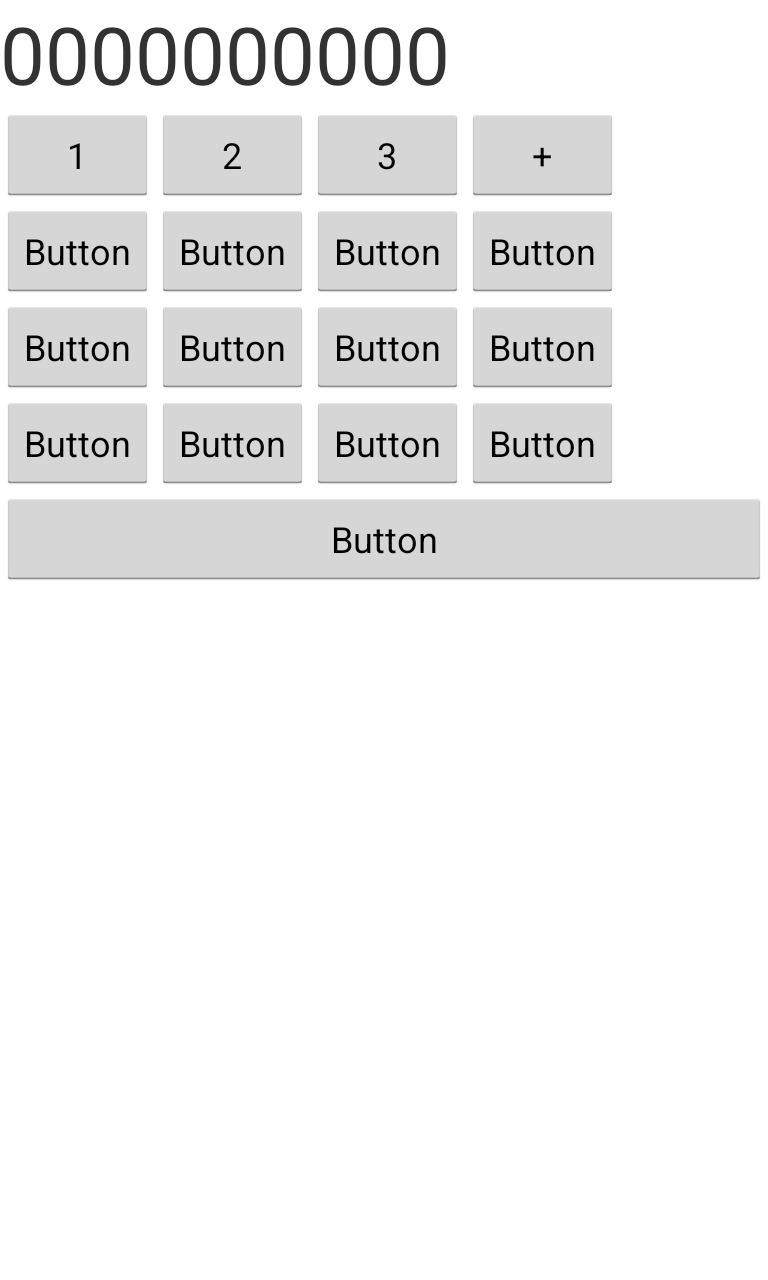
Repository: sfranco/Android
Layout: Calculadora/res/layout/activity_main.xml
An editor plug-in stored every save of this project. The layout is shown before and after a run of saves, followed by the edit.
It is drawn on a 768 x 1280 px phone screen (xhdpi) without system bars, with theme AppTheme; the app's code is not run.

Above is the layout before, as saved 2013-08-22 17:19:26.

### Calculadora/res/layout/activity_main.xml
<LinearLayout xmlns:android="http://schemas.android.com/apk/res/android"
    android:layout_width="match_parent"
    android:layout_height="match_parent"
    android:orientation="vertical" >

    <TextView
        android:id="@+id/solucion"
        android:textSize="40sp"
        android:layout_width="fill_parent"
		android:layout_height="wrap_content"
		android:text="0000000000"
        >
        </TextView>

    <TableLayout
        android:layout_width="fill_parent"
        android:layout_height="fill_parent" >

        <TableRow
            android:id="@+id/num1"
            android:layout_width="wrap_content"
            android:layout_height="wrap_content" >

            <Button
                android:id="@+id/num1"
                android:layout_width="wrap_content"
                android:layout_height="wrap_content"
                android:text="1" />

            <Button
                android:id="@+id/num2"
                android:layout_width="wrap_content"
                android:layout_height="wrap_content"
                android:text="2" />

            <Button
                android:id="@+id/num3"
                android:layout_width="wrap_content"
                android:layout_height="wrap_content"
                android:text="3" />

            <Button
                android:id="@+id/mas"
                android:layout_width="wrap_content"
                android:layout_height="wrap_content"
                android:text="+" />

        </TableRow>

        <TableRow
            android:id="@+id/tableRow2"
            android:layout_width="wrap_content"
            android:layout_height="wrap_content" >

            <Button
                android:id="@+id/button5"
                android:layout_width="wrap_content"
                android:layout_height="wrap_content"
                android:text="Button" />

            <Button
                android:id="@+id/button6"
                android:layout_width="wrap_content"
                android:layout_height="wrap_content"
                android:text="Button" />

            <Button
                android:id="@+id/button7"
                android:layout_width="wrap_content"
                android:layout_height="wrap_content"
                android:text="Button" />

            <Button
                android:id="@+id/button8"
                android:layout_width="wrap_content"
                android:layout_height="wrap_content"
                android:text="Button" />

        </TableRow>

        <TableRow
            android:id="@+id/tableRow3"
            android:layout_width="wrap_content"
            android:layout_height="wrap_content" >

            <Button
                android:id="@+id/button9"
                android:layout_width="wrap_content"
                android:layout_height="wrap_content"
                android:text="Button" />

            <Button
                android:id="@+id/button10"
                android:layout_width="wrap_content"
                android:layout_height="wrap_content"
                android:text="Button" />

            <Button
                android:id="@+id/button11"
                android:layout_width="wrap_content"
                android:layout_height="wrap_content"
                android:text="Button" />

            <Button
                android:id="@+id/button12"
                android:layout_width="wrap_content"
                android:layout_height="wrap_content"
                android:text="Button" />

        </TableRow>

        <TableRow
            android:id="@+id/tableRow4"
            android:layout_width="wrap_content"
            android:layout_height="wrap_content" >

            <Button
                android:id="@+id/button13"
                android:layout_width="wrap_content"
                android:layout_height="wrap_content"
                android:text="Button" />

            <Button
                android:id="@+id/button14"
                android:layout_width="wrap_content"
                android:layout_height="wrap_content"
                android:text="Button" />

            <Button
                android:id="@+id/button15"
                android:layout_width="wrap_content"
                android:layout_height="wrap_content"
                android:text="Button" />

            <Button
                android:id="@+id/button16"
                android:layout_width="wrap_content"
                android:layout_height="wrap_content"
                android:text="Button" />

        </TableRow>

        <Button
            android:id="@+id/button17"
            android:layout_width="wrap_content"
            android:layout_height="wrap_content"
            android:text="Button" />

    </TableLayout>

</LinearLayout>

Loaded but not shown: Calculadora/res/values/styles.xml (common file); Calculadora/res/values-v11/styles.xml (common file); Calculadora/res/values-v14/styles.xml (common file)

After the next 2 saves:
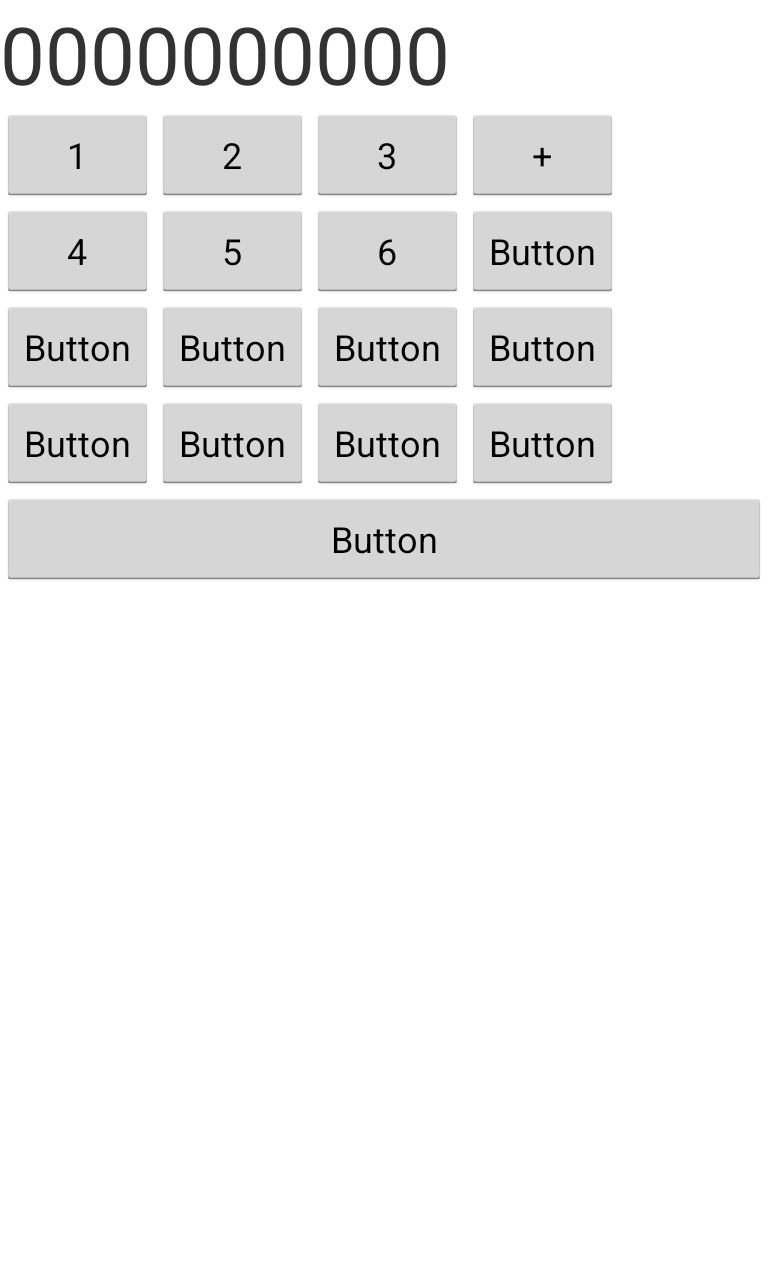
The 2 saves are shown as one change because 1 did not build or start.
The last was saved 7 min 15 s later.
--- a/Calculadora/res/layout/activity_main.xml
+++ b/Calculadora/res/layout/activity_main.xml
@@ -53,25 +53,25 @@
             android:layout_height="wrap_content" >
 
             <Button
-                android:id="@+id/button5"
+                android:id="@+id/num4"
                 android:layout_width="wrap_content"
                 android:layout_height="wrap_content"
-                android:text="Button" />
+                android:text="4" />
 
             <Button
-                android:id="@+id/button6"
+                android:id="@+id/num5"
                 android:layout_width="wrap_content"
                 android:layout_height="wrap_content"
-                android:text="Button" />
+                android:text="5" />
 
             <Button
-                android:id="@+id/button7"
+                android:id="@+id/num6"
                 android:layout_width="wrap_content"
                 android:layout_height="wrap_content"
-                android:text="Button" />
+                android:text="6" />
 
             <Button
-                android:id="@+id/button8"
+                android:id="@+id/resta"
                 android:layout_width="wrap_content"
                 android:layout_height="wrap_content"
                 android:text="Button" />
